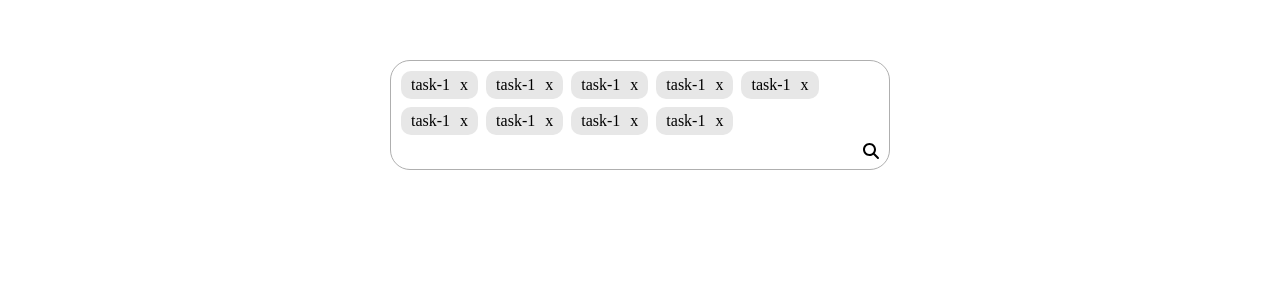
Repository: OkazakiTruong/selectOption
Page: /
The author's editor kept a copy of each file at every save. The page is drawn from the files as they stood at one save, then again after the next save.
The browser window is 1280 px wide. The pictures show the whole page.
The project was rebuilt for these pictures with package versions that can differ from the ones it lists, and the page was loaded fresh each time. Also part of the build but not shown: vite.config.js.

Above is the page before, as saved 2024-01-17 21:41:13.

### src/App.jsx
import React from "react";
import { SelectBoxContainer } from "./SelectBox/SelectBoxContainer";

export default function App() {
  return (
    <div>
      <SelectBoxContainer />
    </div>
  );
}

### src/SelectBox/SelectBoxContainer.jsx
import React from "react";
import "./selectbox.css";
import { SelectBox } from "./SelectBox";

export const SelectBoxContainer = () => {
  return (
    <div className="select-container">
      <SelectBox />
    </div>
  );
};

### src/SelectBox/selectbox.css
.select-container {
  width: 500px;
  margin: 60px auto;
}
.select-input {
  display: flex;
  flex-wrap: wrap;
  align-items: center;
  justify-content: flex-start;
  width: 500px;
  padding: 10px;
  border: 1px solid #afafaf;
  border-radius: 20px;
  gap: 8px;
}
.select-input.focus {
  border: 2px solid black;
}
.select-input .input {
  border: none;
  outline: none;
  flex: 2;
}
.select-item {
  padding: 5px 10px;
  background-color: #e7e7e7;
  border-radius: 10px;
  display: flex;
  align-items: center;
}
.select-item .btn-delete {
  margin-left: 10px;
}

### src/SelectBox/SelectBox.jsx
import { FontAwesomeIcon } from "@fortawesome/react-fontawesome";
import React, { useRef } from "react";
import { faMagnifyingGlass } from "@fortawesome/free-solid-svg-icons";

export const SelectBox = () => {
  const inputRef = useRef(null);
  const selectInputRef = useRef(null);
  const handleFocus = () => {
    selectInputRef.current.classList.add("focus");
  };
  const handleBlur = () => {
    selectInputRef.current.classList.remove("focus");
  };
  const handleClick = () => {
    console.log(selectInputRef.current.classList.contains("focus"));
    if (!selectInputRef.current.classList.contains("focus")) {
      inputRef.current.focus();
    }
  };
  return (
    <>
      <div className="select-input" ref={selectInputRef} onClick={handleClick}>
        <div className="select-item">
          <span>task-1</span>
          <span className="btn-delete">x</span>
        </div>
        <div className="select-item">
          <span>task-1</span>
          <span className="btn-delete">x</span>
        </div>
        <div className="select-item">
          <span>task-1</span>
          <span className="btn-delete">x</span>
        </div>
        <div className="select-item">
          <span>task-1</span>
          <span className="btn-delete">x</span>
        </div>
        <div className="select-item">
          <span>task-1</span>
          <span className="btn-delete">x</span>
        </div>
        <div className="select-item">
          <span>task-1</span>
          <span className="btn-delete">x</span>
        </div>
        <div className="select-item">
          <span>task-1</span>
          <span className="btn-delete">x</span>
        </div>
        <div className="select-item">
          <span>task-1</span>
          <span className="btn-delete">x</span>
        </div>
        <div className="select-item">
          <span>task-1</span>
          <span className="btn-delete">x</span>
        </div>
        <input
          className="input"
          ref={inputRef}
          onFocus={handleFocus}
          onBlur={handleBlur}
        ></input>
        <FontAwesomeIcon icon={faMagnifyingGlass} />
      </div>
    </>
  );
};

Loaded but not shown: index.html (common file); src/main.jsx (common file); src/index.css (common file)

After the next save:
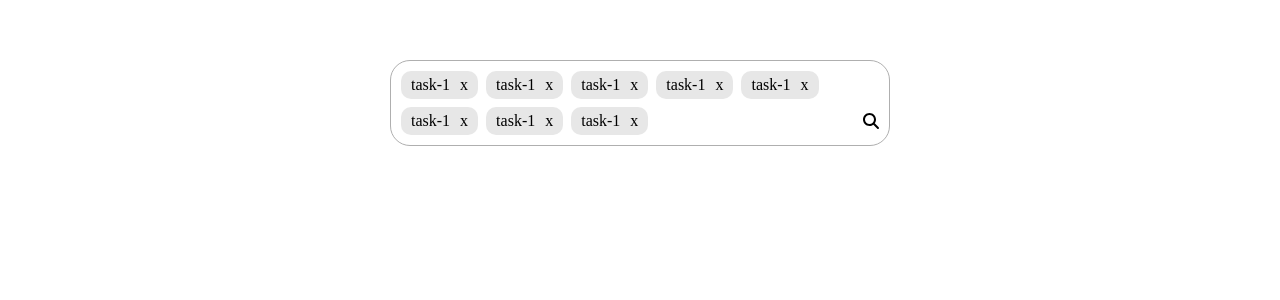
Saved 13 s later.
--- a/src/SelectBox/SelectBox.jsx
+++ b/src/SelectBox/SelectBox.jsx
@@ -52,10 +52,7 @@ export const SelectBox = () => {
           <span>task-1</span>
           <span className="btn-delete">x</span>
         </div>
-        <div className="select-item">
-          <span>task-1</span>
-          <span className="btn-delete">x</span>
-        </div>
+
         <input
           className="input"
           ref={inputRef}
